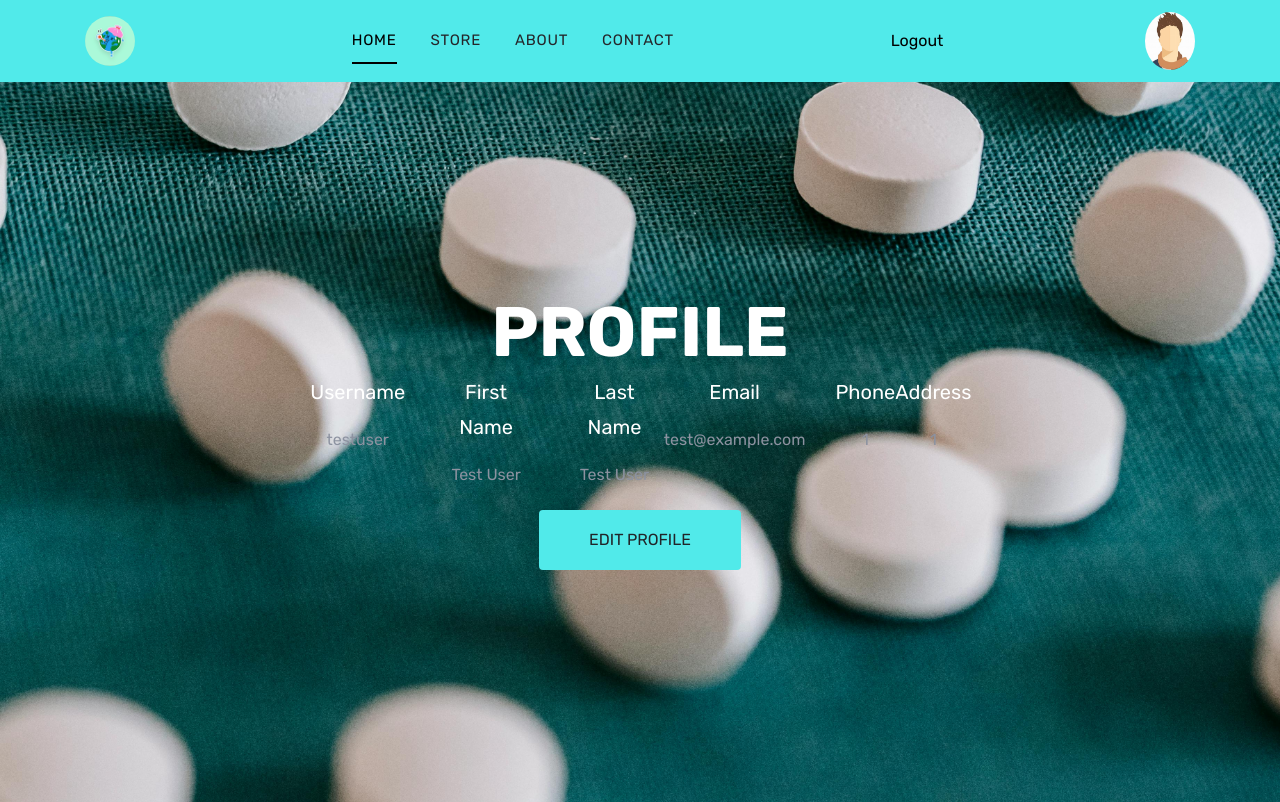
Repository: Argivist/Web-Doctor
Page: http://localhost/view/profile.php
These files come from the project's save history. The page is drawn as it stood at one moment and after the next save; the edit follows.
The browser window is 1280 px wide. The pictures show the whole page.
Some web fonts or font styles are not loaded; a fallback is used. The page is run by PHP 8.4 with error messages shown; the project is at /var/www/html/. The session is filled in as if someone had signed in: {"id": 1, "username": "testuser", "fname": "Test User", "lname": "Test User", "email": "test@example.com", "phone": 1, "address": 1}.

Above is the page before, as saved 2024-02-20 19:48:05.

After the next save:
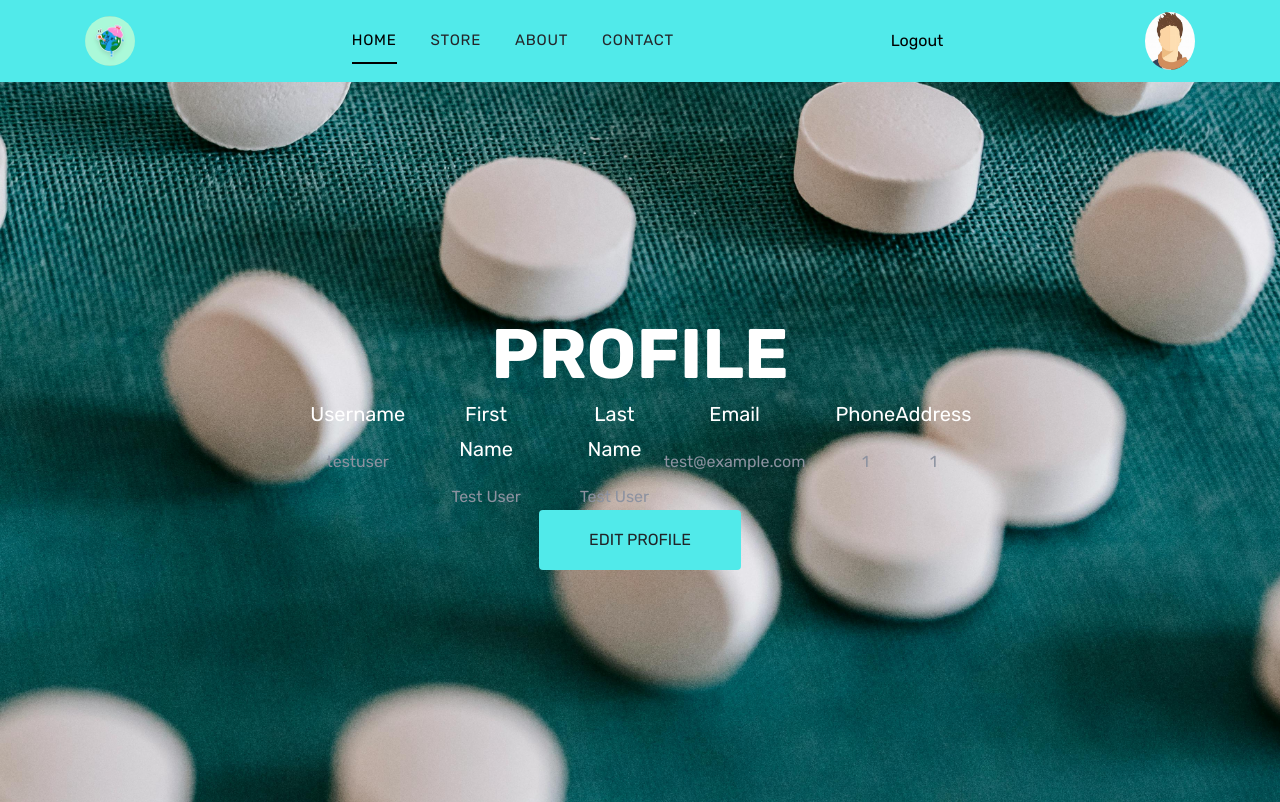
Saved 4 s later.
--- a/view/profile.php
+++ b/view/profile.php
@@ -122,7 +122,8 @@ session_start();
                                                         ?>
                                     </div>
                                 </div>
-                                <div class="btn">
+                                <div class="row">
+                                    <div class="col">
                                         <a href="edit_profile.php" class="btn btn-primary px-5 py-3">Edit Profile</a>
                                     </div>
                             </div>
